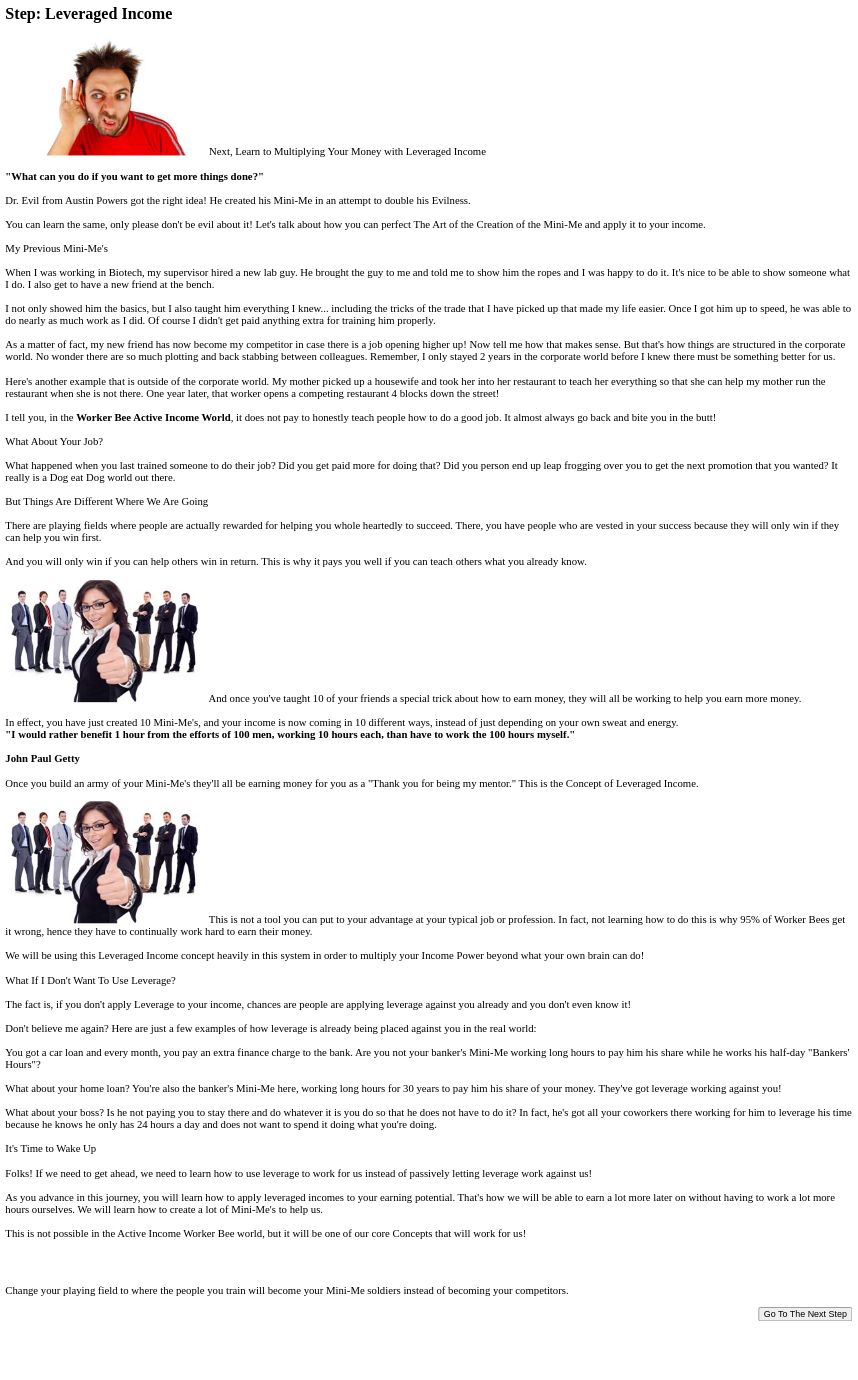
Repository: DevZubair/Danh-App
Page: www/templates/steps-leverage.html
The author's editor kept a record of every edit. The page is drawn from the files as they stood at one moment, then again after the next edit.
The browser window is 1280 px wide. The pictures show the whole page, at 67% of full size.

Above is the page before.

### www/templates/steps-leverage.html
<!--<ion-view view-title="Leverage">
  <ion-content>-->

 <div class="padding">
    <div class="item item-divider item-balanced" >
      <h2 class="text-white">Step: Leveraged Income</h2>
    </div>

    <div class="item item-text-wrap white-box">
      <div class="row">
        <div class="col">
         <img src="img/hardOfHearing.jpg" class="images-left-50"></img>
         <span class="subtitle">Next, Learn to Multiplying Your Money with Leveraged Income </span><br><br>

            <b>"What can you do if you want to get more things done?"</b><br><br>

            Dr. Evil from Austin Powers got the right idea!  He created his Mini-Me in an attempt to double his Evilness.<br><br>

            You can learn the same, only please don't be evil about it!  Let's talk about how you can perfect The Art of the Creation of the Mini-Me and apply it to your income.<br><br>



            <span class="subtitle">My Previous Mini-Me's</span><br><br>

            When I was working in Biotech, my supervisor hired a new lab guy.  He brought the guy to me and told me to show him the ropes and  I was happy to do it.  It's nice to be able to show someone what I do.  I also get to have a new friend at the bench.<br><br>

            I not only showed him the basics, but I also taught him everything I knew... including the tricks of the trade that I have picked up that made my life easier.  Once I got him up to speed, he was able to do nearly as much work as I did.  Of course I didn't get paid anything extra for training him properly.<br><br>

            As a matter of fact, my new friend has now become my competitor in case there is a job opening higher up!  Now tell me how that makes sense.  But that's how things are structured in the corporate world.  No wonder there are so much plotting and back stabbing between colleagues.  Remember, I only stayed 2 years in the corporate world before I knew there must be something better for us.<br><br>

            Here's another example that is outside of the corporate world.  My mother picked up a housewife and took her into her restaurant to teach her everything so that she can help my mother run the restaurant when she is not there.  One year later, that worker opens a competing restaurant 4 blocks down the street!<br><br>

            I tell you, in the <b>Worker Bee Active Income World</b>, it does not pay to honestly teach people how to do a good job.  It almost always go back and bite you in the butt!<br><br>



            <span class="subtitle">What About Your Job?</span><br><br>

            What happened when you last trained someone to do their job?  Did you get paid more for doing that?  Did you person end up leap frogging over you to get the next promotion that you wanted?  It really is a Dog eat Dog world out there.<br><br>



            <span class="subtitle">But Things Are Different Where We Are Going</span><br><br>

            There are playing fields where people are actually rewarded for helping you whole heartedly to succeed.  There, you have people who are vested in your success because they will only win if they can help you win first.<br><br>

            And you will only win if you can help others win in return.  This is why it pays you well if you can teach others what you already know.<br><br>
            </div>
            </div>

            <div class="row">
              <div class="col">
               <img src="img/myTeam.jpg" class="images-left-50"></img>
            And once you've taught 10 of your friends a special trick about how to earn money, they will all be working to help you earn more money.<br><br>



            In effect, you have just created 10 Mini-Me's, and your income is now coming in 10 different ways, instead of just depending on your own sweat and energy.<br>



            <div class="rounded-corner"><b>"I would rather benefit 1 hour from the efforts of 100 men, working 10 hours each, than have to work the 100 hours myself."<br><br>



            John Paul Getty</b>
            </div><br>



            Once you build an army of your Mini-Me's they'll all be earning money for you as a "Thank you for being my mentor."  This is the Concept of Leveraged Income.<br><br>

            </div>
            </div>

            <div class="row">
              <div class="col">
               <img src="img/myTeam.jpg" class="images-left-50"></img>
            This is not a tool you can put to your advantage at your typical job or profession.  In fact, not learning how to do this is why 95% of Worker Bees get it wrong, hence they have to continually work hard to earn their money.<br><br>

            We will be using this Leveraged Income concept heavily in this system in order to multiply your Income Power beyond what your own brain can do!<br><br>



            <span class="subtitle">What If I Don't Want To Use Leverage?</span><br><br>

            The fact is, if you don't apply Leverage to your income, chances are people are applying leverage against you already and you don't even know it!<br><br>

            Don't believe me again?  Here are just a few examples of how leverage is already being placed against you in the real world:<br><br>



            You got a car loan and every month, you pay an extra finance charge to the bank.  Are you not your banker's Mini-Me working long hours to pay him his share while he works his half-day "Bankers' Hours"?<br><br>


            What about your home loan? You're also the banker's Mini-Me here, working long hours for 30 years to pay him his share of your money.  They've got leverage working against you!<br><br>


            What about your boss?  Is he not paying you to stay there and do whatever it is you do so that he does not have to do it?  In fact, he's got all your coworkers there working for him to leverage his time because he knows he only has 24 hours a day and does not want to spend it doing what you're doing.<br><br>


            <span class="subtitle">It's Time to Wake Up</span><br><br>

            Folks! If we need to get ahead, we need to learn how to use leverage to work for us instead of passively letting leverage work against us!<br><br>

            As you advance in this journey, you will learn how to apply leveraged incomes to your earning potential.  That's how we will be able to earn a lot more later on without having to work a lot more hours ourselves.  We will learn how to create a lot of Mini-Me's to help us.<br><br>



            <span class="subtitle">This is not possible in the Active Income Worker Bee world, but it will be one of our core Concepts that will work for us!  </span>





        </div>
      </div>


    </div>


    <div class="item item-divider item-balanced" >
     <h2 style="color:white">Lesson: </h2>
    </div>

    <div class="item item-text-wrap">
       <p> Change your playing field to where the people you train will become your Mini-Me soldiers instead of becoming your competitors. </p>
    </div>
  </div>


  <div class="padding" style="height:100px">
    <button class="button button-balanced" style="float:right" ng-click="unlockNextPage('stepsTechie')">Go To The Next Step</button>
  </div>


    <!--
  <div class="padding">
    <p style="text-align:center"><small>Disclaimer2: The viewpoints expressed here are the opinions of Residuals.mobi and do not represent certified financial or investment advise, nor does is guarrantee any success or profit should you follow it.  You are encouraged to seek consultation with a certified professional if you need such services.</small></p>
  </div>
  -->

<!--  </ion-content>
</ion-view>-->

After the next edit:
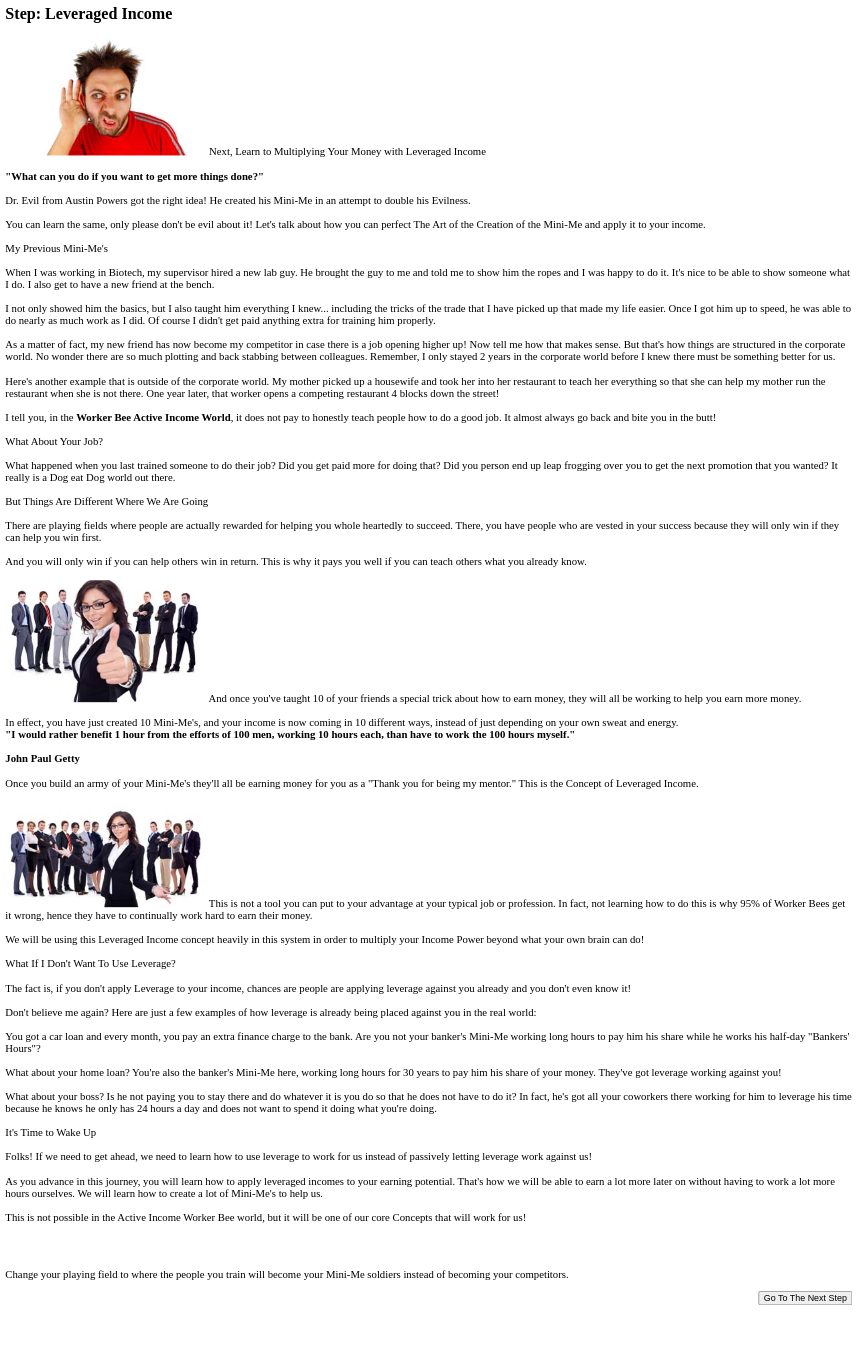
The edit:
--- a/www/templates/steps-leverage.html
+++ b/www/templates/steps-leverage.html
@@ -75,7 +75,7 @@
 
             <div class="row">
               <div class="col">
-               <img src="img/myTeam.jpg" class="images-left-50"></img>
+               <img src="img/myArmy.jpg" class="images-center"></img>
             This is not a tool you can put to your advantage at your typical job or profession.  In fact, not learning how to do this is why 95% of Worker Bees get it wrong, hence they have to continually work hard to earn their money.<br><br>
 
             We will be using this Leveraged Income concept heavily in this system in order to multiply your Income Power beyond what your own brain can do!<br><br>
